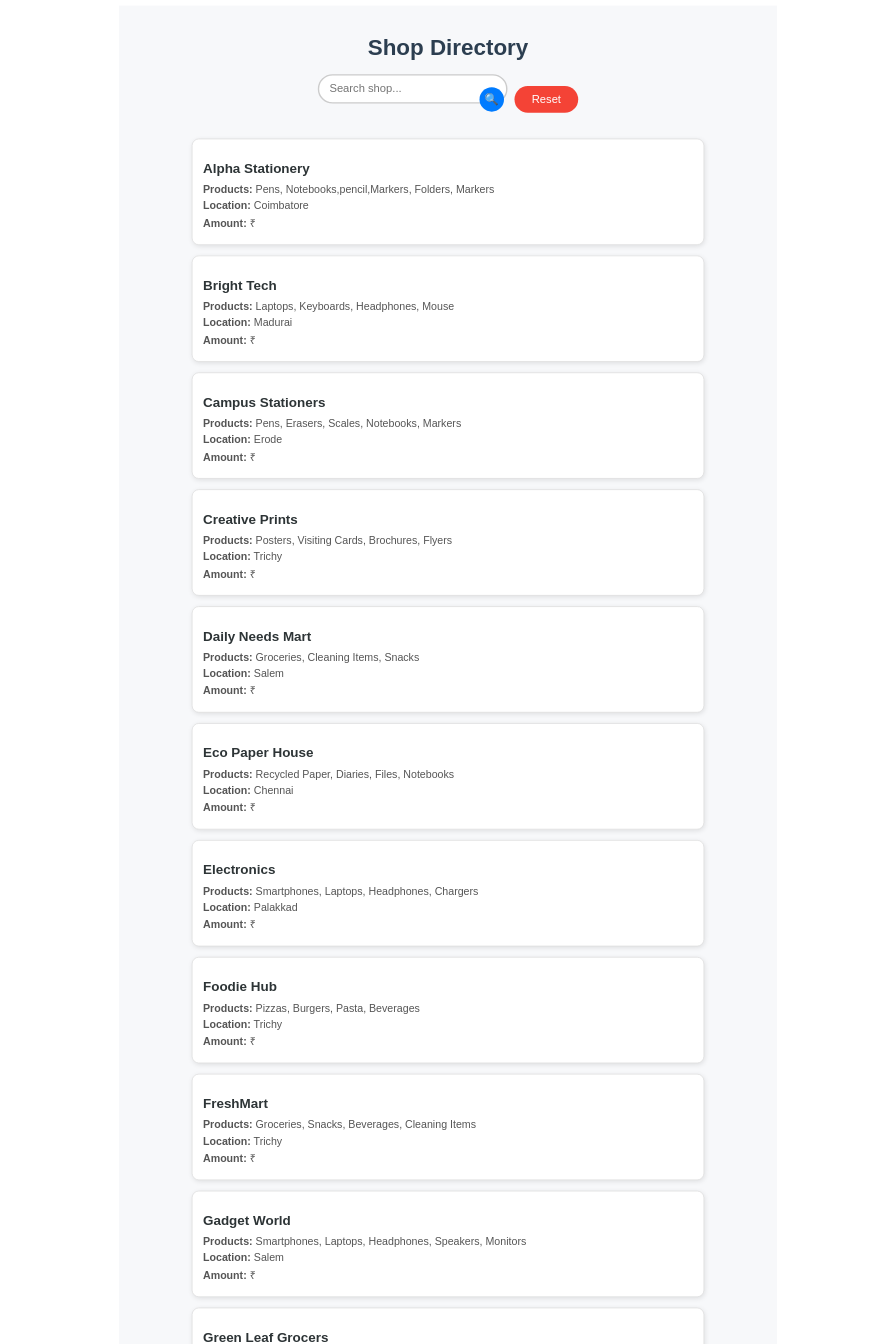
Repository: Pavithra-09git/CarSort
Page: /
These files come from the project's save history. The page is drawn as it stood at one moment and after the next save; the edit follows.
The browser window is 1280 px wide. The pictures show the part of the page from y = 0 to 1920 px (the page is 5219 px tall before and 5238 px after), at 70% of full size.
The project was rebuilt for these pictures with package versions that can differ from the ones it lists, and the page was loaded fresh each time. Also part of the build but not shown: vite.config.js.

Above is the page before, as saved 2025-10-26 12:49:26.

After the next save:
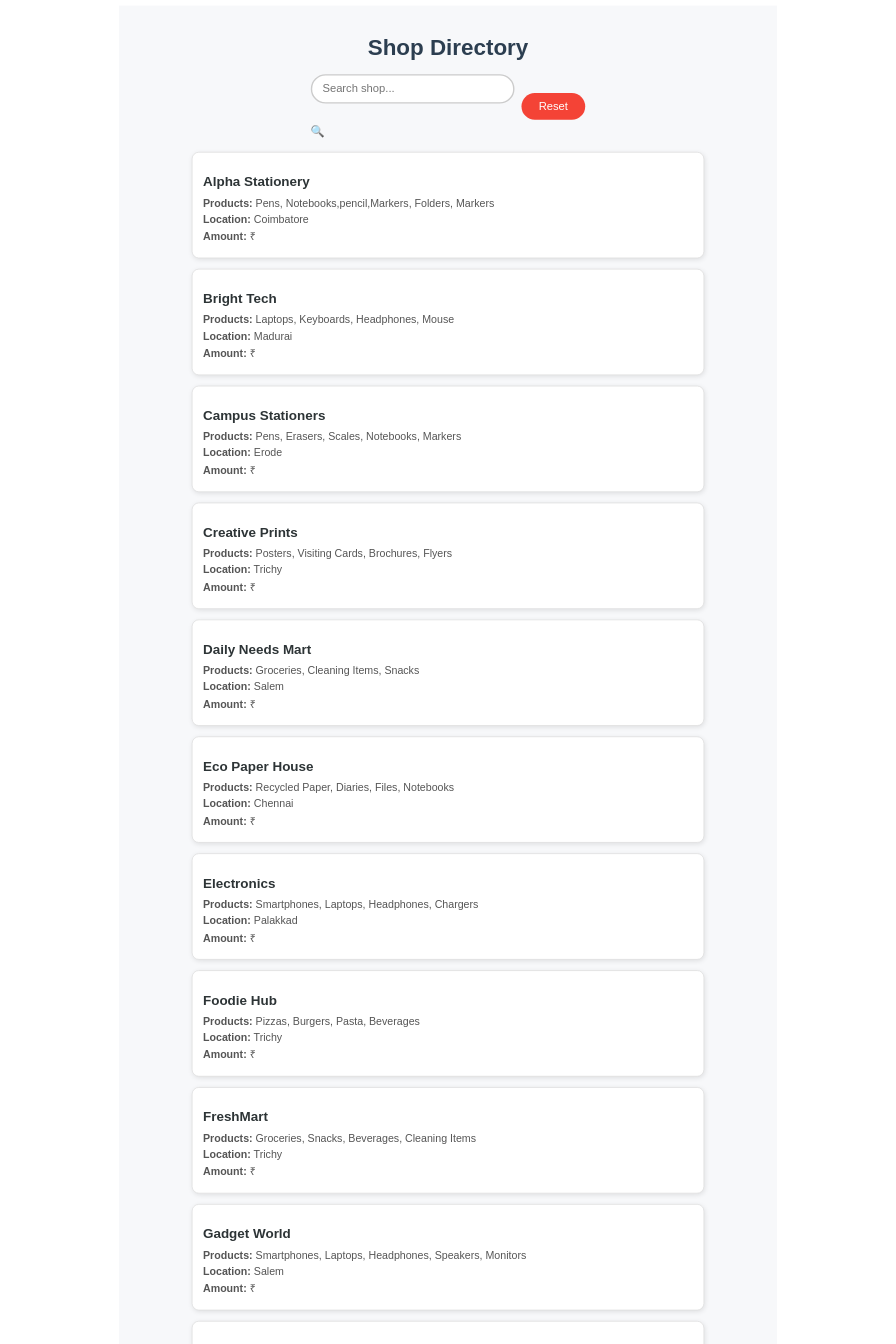
Saved 45 s later.
--- a/src/App.jsx
+++ b/src/App.jsx
@@ -40,19 +40,20 @@ function App() {
     <div className="container">
       <h1>Shop Directory</h1>
 
-      <div className="search-container">
-        <div className="search-box-wrapper">
-          <input
-            type="text"
-            placeholder="Search shop..."
-            value={search}
-            onChange={(e) => setSearch(e.target.value)}
-            className="search-box"
-          />
-          <button onClick={handleSearch} className="search-btn">🔍</button>
-        </div>
-        <button onClick={handleReset} className="reset-btn">Reset</button>
-      </div>
+     <div className="search-container">
+  <div className="search-box-wrapper">
+    <input
+      type="text"
+      placeholder="Search shop..."
+      value={search}
+      onChange={(e) => setSearch(e.target.value)}
+      className="search-box"
+    />
+    <span className="search-icon" onClick={handleSearch}>🔍</span>
+  </div>
+  <button onClick={handleReset} className="reset-btn">Reset</button>
+</div>
+
 
       <div className="card-column">
         {displayShops.map((shop) => (
